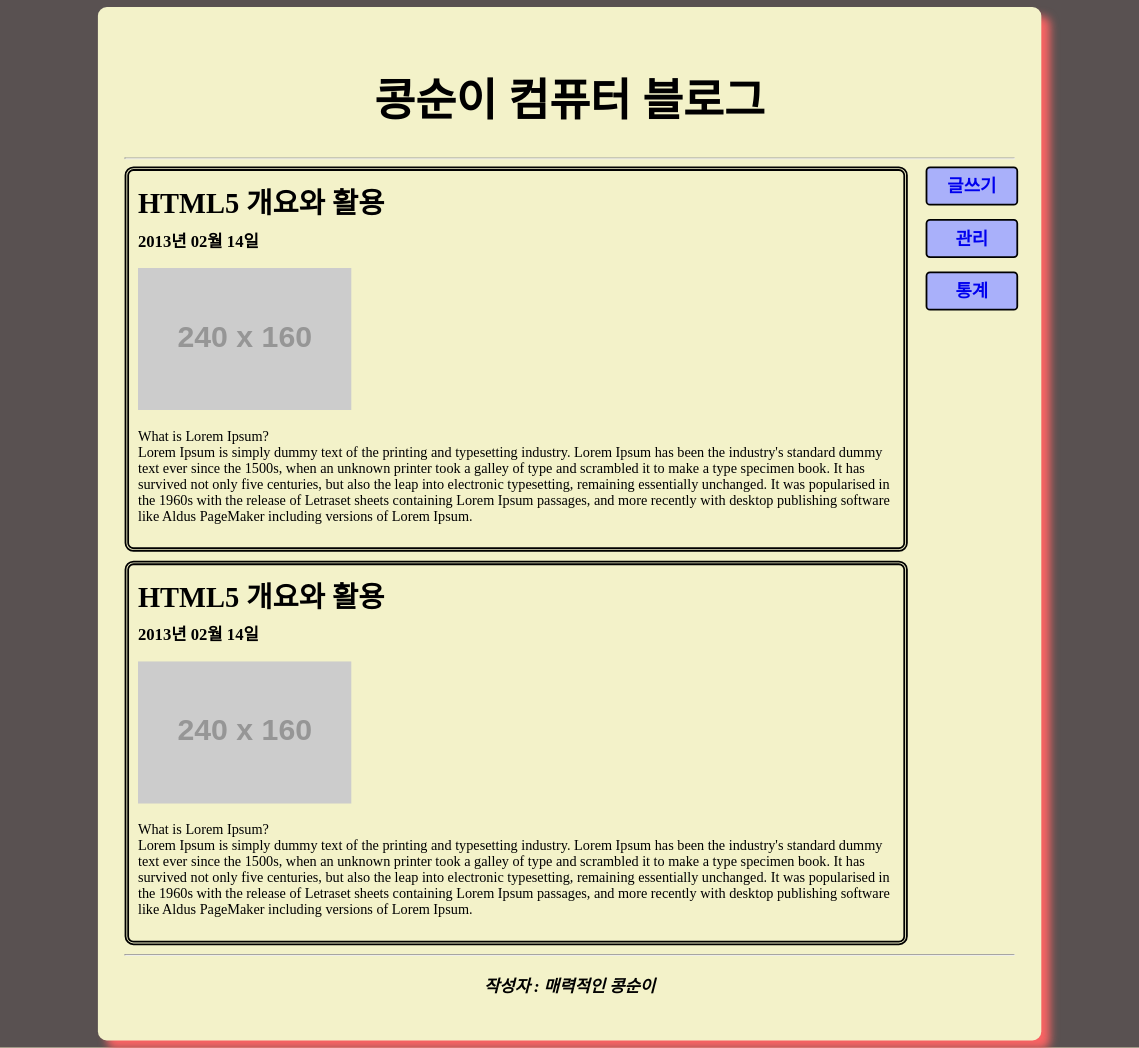
Repository: odasd/Ark-html
Page: 20200409/ex20200409/WebContent/ex01.html
An editor plug-in stored every save of this project. The page is shown before and after the next save, followed by the edit.
The browser window is 1280 px wide. The pictures show the whole page, at 89% of full size.

Above is the page before, as saved 2020-04-09 01:13:21.

### 20200409/ex20200409/WebContent/ex01.html
<!DOCTYPE html>
<html>
<head>
	<meta charset="UTF-8">
	<title>연습01</title>
	<style>
		* {font-family:'배달의민족 주아';} /* 전체 글꼴 스타일을 조절할수 있음 */
		body {background:#595151;}
		#page {background:#f3f2c9; width:1000px; margin:auto; box-shadow:10px 10px 10px #f96464; padding:30px; border-radius:10px;}
		#header h1 {text-align:center;font-size:50px;}
		#footer h3 {text-align:center; font-style:italic;}
		.box {border:5px double black; border-radius:10px; padding:10px; margin-bottom:10px; width:850px;}
		.title {line-height:10px;}
		#menu {width:100px; float:right;}
		a {text-decoration:none; line-height:40px; font-size:20px; font-weight:bold; border:5px soild black;}
		a:hover {background:#f56997; color:black; border-radius:5px; }
		.item:hover {background:#faa9c3; color:black; border-radius:5px; text-align:center; border:5px double black; border-radius:5px;}
		.item {border:2px solid black; border-radius:5px; text-align:center; background:#a9b0fa; margin-bottom:15px; width:100px;}
	</style>
</head>
<body>
	<div id="page">
		<div id="header">
			<h1>콩순이 컴퓨터 블로그</h1>
			<hr>
		</div>
		<div id="content">
			<div id="menu">
				<div class="item"><a href="#">글쓰기</a></div>
				<div class="item"><a href="#">관리</a></div>
				<div class="item"><a href="#">통계</a></div>
			</div>
			<div class="box">
				<h1 class="title">HTML5 개요와 활용</h1>
				<h3 class="date">2013년 02월 14일</h3>
				<img src="http://placehold.it/240x160">
				<p class="article">
					What is Lorem Ipsum?<br>
					Lorem Ipsum is simply dummy text of the printing and typesetting industry.
					Lorem Ipsum has been the industry's standard dummy text ever since the 1500s,
					when an unknown printer took a galley of type and scrambled it to make a type specimen book.
					It has survived not only five centuries, but also the leap into electronic typesetting, remaining essentially unchanged.
					It was popularised in the 1960s with the release of Letraset sheets containing Lorem Ipsum passages,
					and more recently with desktop publishing software like Aldus PageMaker including versions of Lorem Ipsum.
				</p>
			</div>
			<div class="box">
				<h1 class="title">HTML5 개요와 활용</h1>
				<h3 class="date">2013년 02월 14일</h3>
				<img src="http://placehold.it/240x160">
				<p class="article">
					What is Lorem Ipsum?<br>
					Lorem Ipsum is simply dummy text of the printing and typesetting industry.
					Lorem Ipsum has been the industry's standard dummy text ever since the 1500s,
					when an unknown printer took a galley of type and scrambled it to make a type specimen book.
					It has survived not only five centuries, but also the leap into electronic typesetting, remaining essentially unchanged.
					It was popularised in the 1960s with the release of Letraset sheets containing Lorem Ipsum passages,
					and more recently with desktop publishing software like Aldus PageMaker including versions of Lorem Ipsum.
				</p>
			</div>
		</div> <!-- 페이지 닫는거 -->
		<div id="footer">
			<hr>
			<h3>작성자 : 매력적인 콩순이</h3>
		</div>
	</div>
</body>
</html>

After the next save:
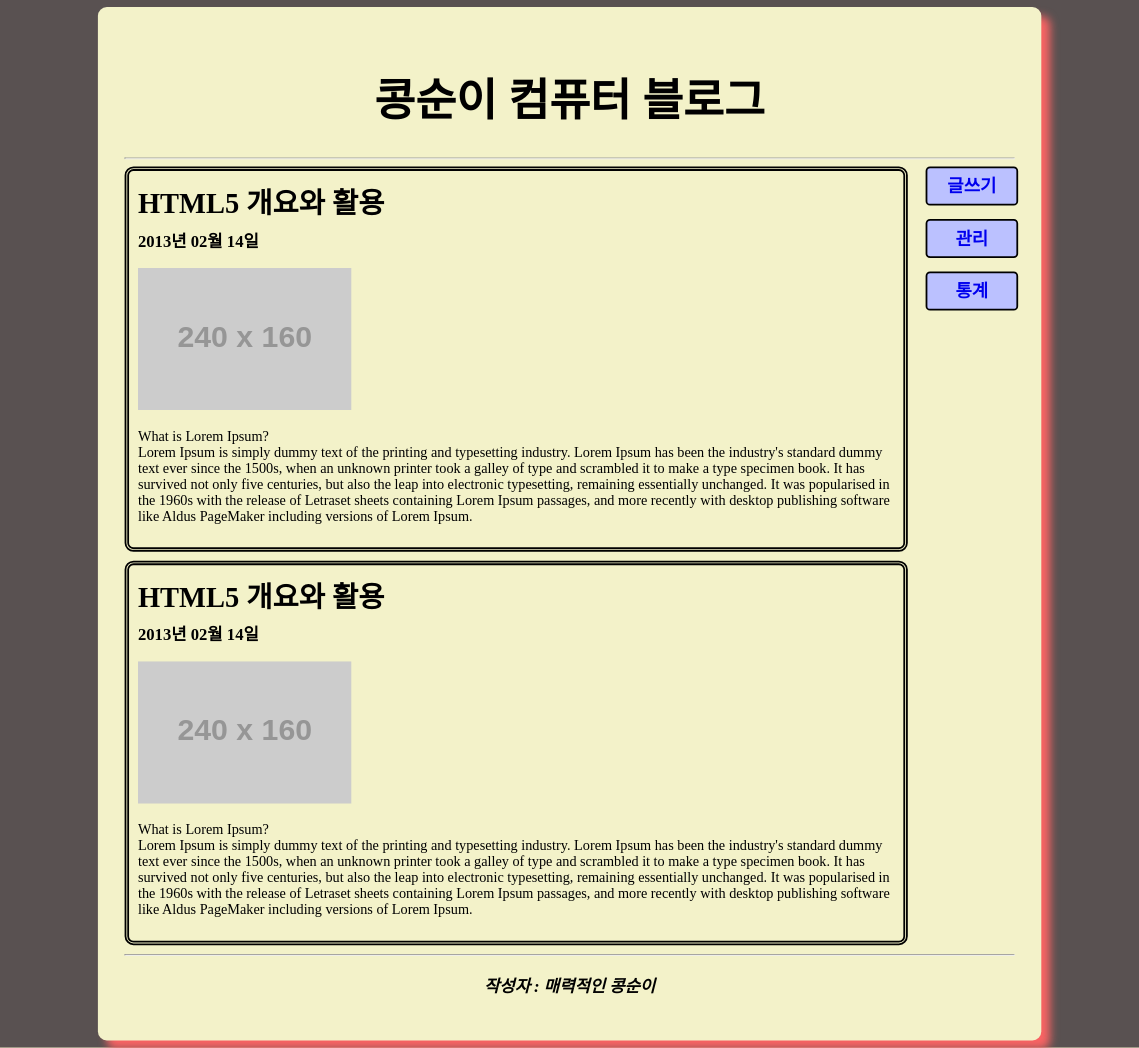
Saved 41 s later.
--- a/20200409/ex20200409/WebContent/ex01.html
+++ b/20200409/ex20200409/WebContent/ex01.html
@@ -15,7 +15,7 @@
 		a {text-decoration:none; line-height:40px; font-size:20px; font-weight:bold; border:5px soild black;}
 		a:hover {background:#f56997; color:black; border-radius:5px; }
 		.item:hover {background:#faa9c3; color:black; border-radius:5px; text-align:center; border:5px double black; border-radius:5px;}
-		.item {border:2px solid black; border-radius:5px; text-align:center; background:#a9b0fa; margin-bottom:15px; width:100px;}
+		.item {border:2px solid black; border-radius:5px; text-align:center; background:#bbc1ff; margin-bottom:15px; width:100px;}
 	</style>
 </head>
 <body>
